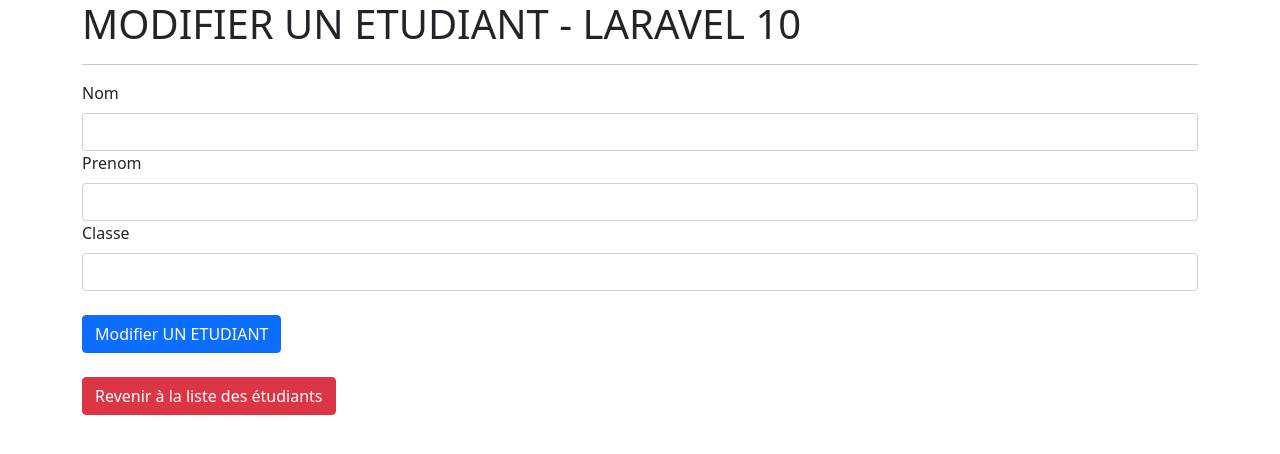
Repository: JunshDev/projetlaravel
Page: resources/views/etudiant/update.blade.php
An editor plug-in stored every save of this project. The page is shown before and after the next save, followed by the edit.
The browser window is 1280 px wide. The pictures show the whole page.
The page is served by the project's Laravel application, run on PHP 8.4 with Laravel 9. Other server files are loaded and not shown. The template is opened directly, without the code that normally fills it, so the values that code supplies are empty.

Above is the page before, as saved 2023-11-28 19:59:59.

### routes/web.php
<?php

use Illuminate\Support\Facades\Route;
use App\Http\Controllers\Etudiantcontroller;

/*
|--------------------------------------------------------------------------
| Web Routes
|--------------------------------------------------------------------------
|
| Here is where you can register web routes for your application. These
| routes are loaded by the RouteServiceProvider within a group which
| contains the "web" middleware group. Now create something great!
|
*/

Route::get('/update-etudiant/{id}', [Etudiantcontroller::class, 'update_etudiant']);
Route::post('/update/traitement', [Etudiantcontroller::class, 'update_etudiant_traitement']);
Route::get('/etudiant', [Etudiantcontroller::class, 'liste_etudiant']);
Route::get('/ajouter', [Etudiantcontroller::class, 'ajouter_etudiant']);
Route::post('/ajouter/traitement', [Etudiantcontroller::class, 'ajouter_etudiant_traitement']);

### resources/views/etudiant/update.blade.php
<!doctype html>
<html lang="en">
  <head>
    <!-- Required meta tags -->
    <meta charset="utf-8">
    <meta name="viewport" content="width=device-width, initial-scale=1">
    <!-- Bootstrap CSS -->
    <link href="https://cdn.jsdelivr.net/npm/bootstrap@5.0.2/dist/css/bootstrap.min.css" rel="stylesheet" integrity="sha384-EVSTQN3/azprG1Anm3QDgpJLIm9Nao0Yz1ztcQTwFspd3yD65VohhpuuCOmLASjC" crossorigin="anonymous">

    <title>CRUD IN LARAVEL 10 </title>
  </head>
  <body>


    <div class="container">
  <div class="row">
    <div class="col s12">
    <h1>MODIFIER UN ETUDIANT - LARAVEL 10</h1>
    <hr>

    @if (session('status'))
        <div class="alert alert-success">
            {{ session('status') }}
        </div>
    @endif

    <ul>
        @foreach($errors->all() as $error)
        <li class="alert alert-danger"> {{$error}} </li>
        @endforeach
    </ul>


    <form action="/update/traitement" method="POST" class="form-group">
            @csrf

            <input type="text" name="id" style="display: none;" value="{{ $etudiants->id }}">

  <div class="form-group">
    <label for="Nom" class="form-label">Nom</label>
    <input type="text" class="form-control" id="Nom" name="nom" value="{{ $etudiants->nom }}">
  </div>

  <div class="form-group">
    <label for="Prenom" class="form-label">Prenom</label>
    <input type="text" class="form-control" id="Prenom" name="prenom" value="{{ $etudiants->prenom }}">
  </div>

  <div class="form-group">
    <label for="Classe" class="form-label">Classe</label>
    <input type="text" class="form-control" id="Classe" name="classe" value="{{ $etudiants->classe }}">
  </div>
    <br>
  <button type="submit" class="btn btn-primary">Modifier UN ETUDIANT</button>

  <br> <br>

    <a href="/etudiant" class="btn btn-danger">Revenir à la liste des étudiants</a>

</form>

    </div>

  </div>
</div>

    <script src="https://cdn.jsdelivr.net/npm/bootstrap@5.0.2/dist/js/bootstrap.bundle.min.js" integrity="sha384-MrcW6ZMFYlzcLA8Nl+NtUVF0sA7MsXsP1UyJoMp4YLEuNSfAP+JcXn/tWtIaxVXM" crossorigin="anonymous"></script>

     </body>
</html>

After the next save:
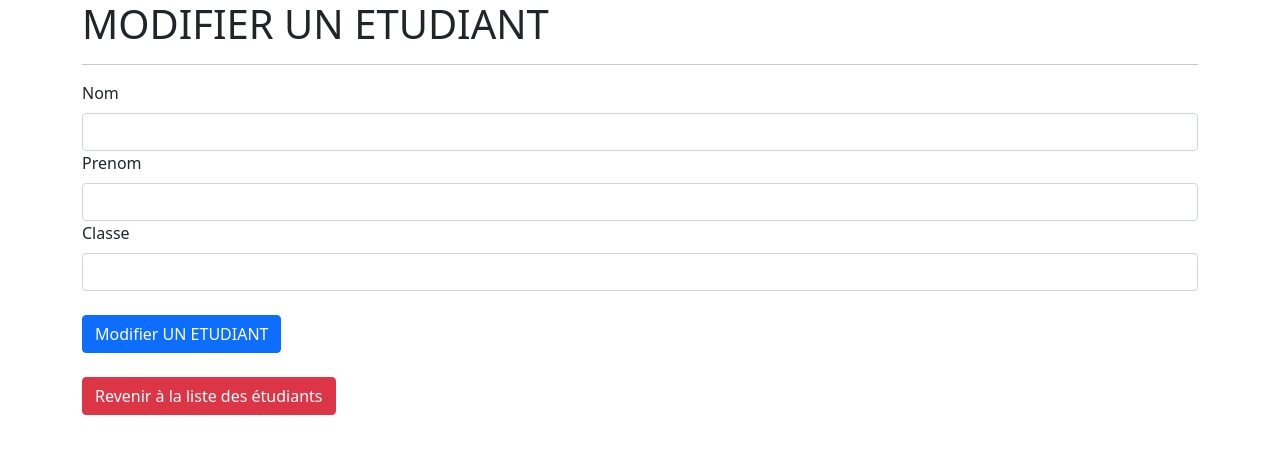
Saved 29 min 17 s later.
--- a/resources/views/etudiant/update.blade.php
+++ b/resources/views/etudiant/update.blade.php
@@ -15,7 +15,7 @@
     <div class="container">
   <div class="row">
     <div class="col s12">
-    <h1>MODIFIER UN ETUDIANT - LARAVEL 10</h1>
+    <h1>MODIFIER UN ETUDIANT</h1>
     <hr>
 
     @if (session('status'))
